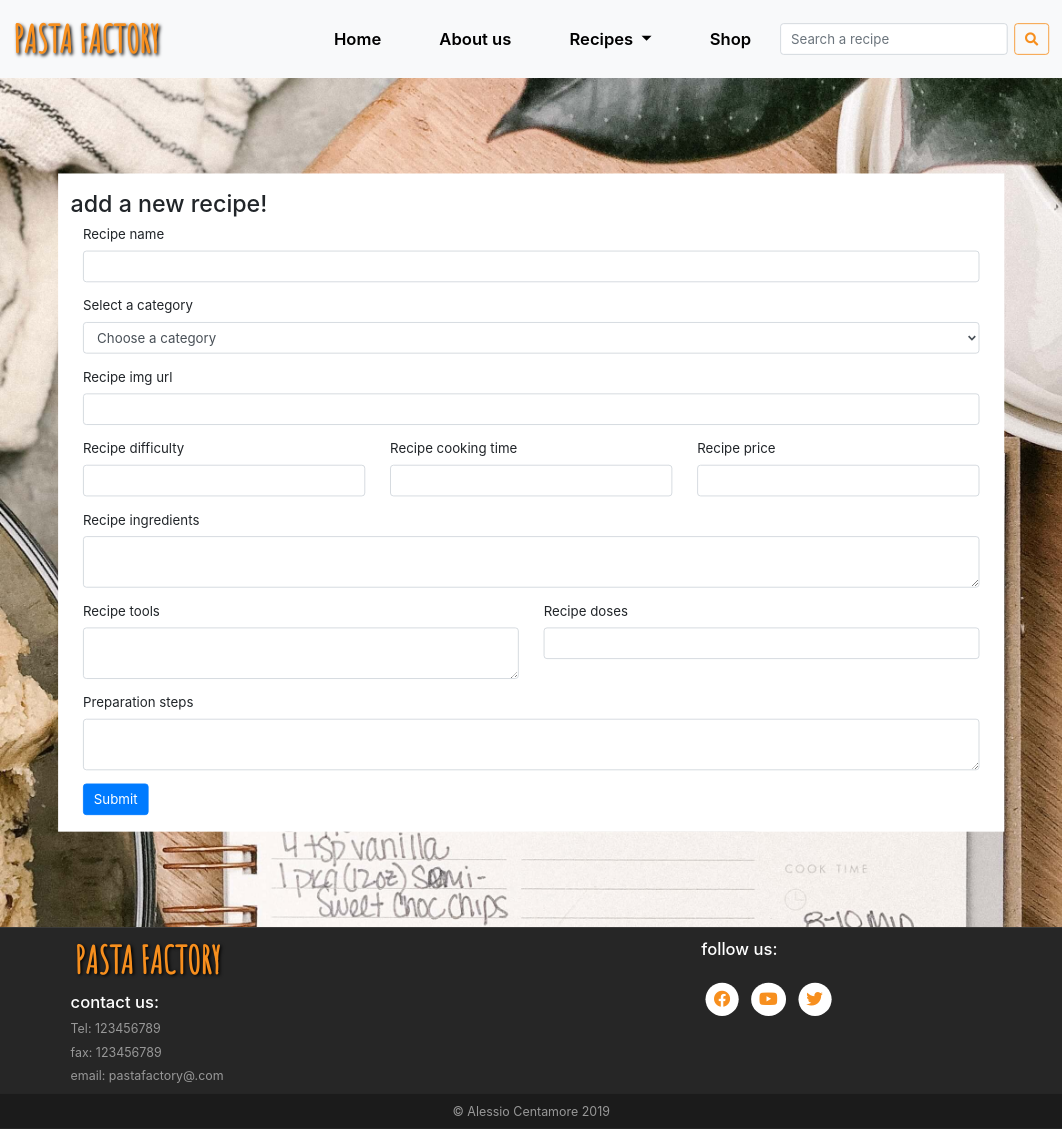
Repository: Baal89/recipe-app
Page: http://localhost/add_recipe
The author's editor kept a record of every edit. The page is drawn from the files as they stood at one moment, then again after the next edit.
The browser window is 1280 px wide. The pictures show the whole page, at 83% of full size.
Backgrounds fixed to the window are drawn as part of the page. Some web libraries are served in a nearby version. The page is served by the project's application, run on Flask 3 (app.py). Queries for data that is not in the repository find no rows.

Above is the page before.

After the next edit:
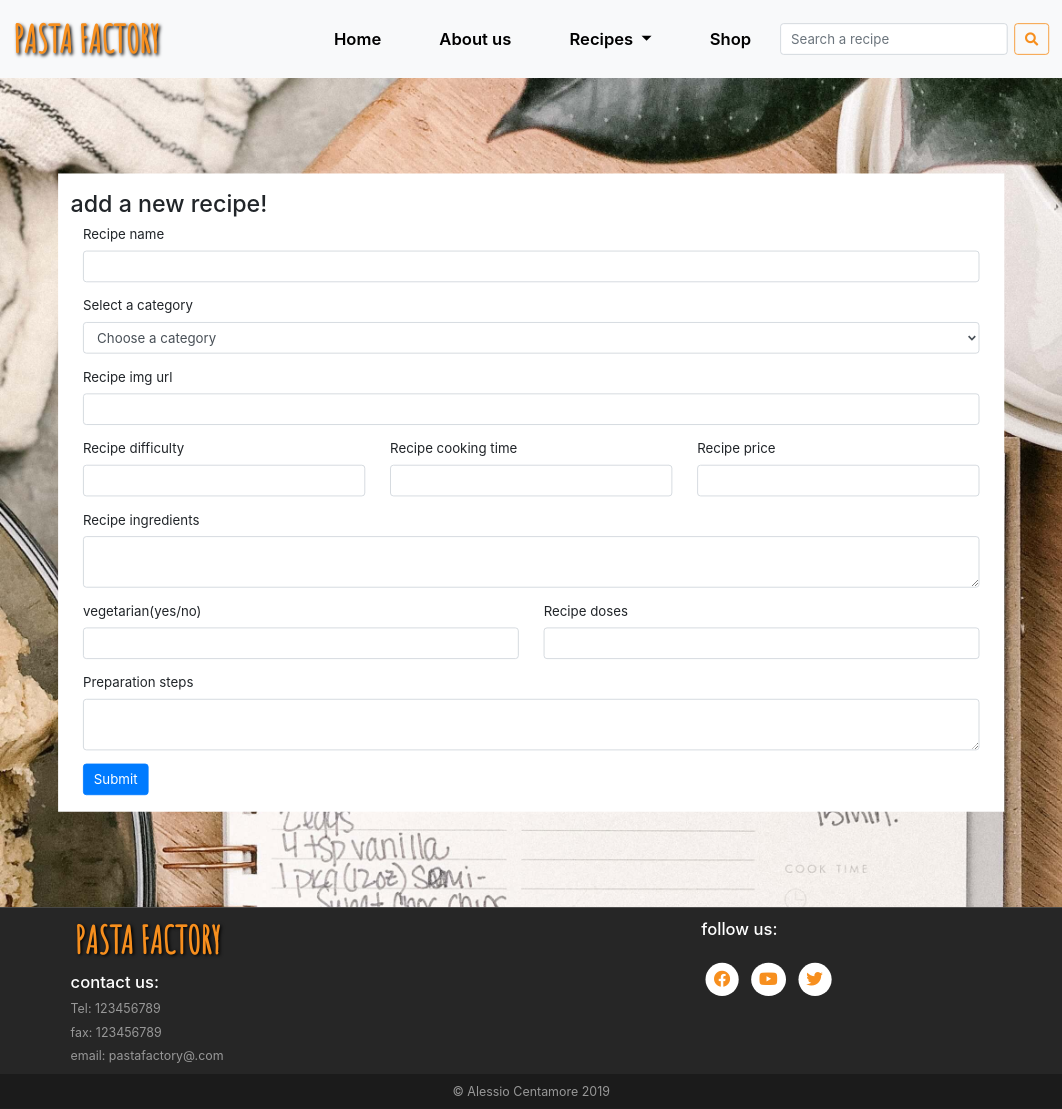
The edit:
--- a/templates/addrecipes.html
+++ b/templates/addrecipes.html
@@ -51,8 +51,8 @@
             </div>
             <div class="row">
                 <div class="form-group col-md-6 col-12">
-                    <label>Recipe tools</label>
-                    <textarea type="textarea" class="form-control" name="recipe_tools" id="recipe_tools" required></textarea>
+                    <label>vegetarian(yes/no)</label>
+                    <input type="text" class="form-control" name="recipe_vegetarian" id="recipe_vegetarian" required>
                 </div>
                 <div class="form-group col-md-6 col-12">
                     <label>Recipe doses</label>
